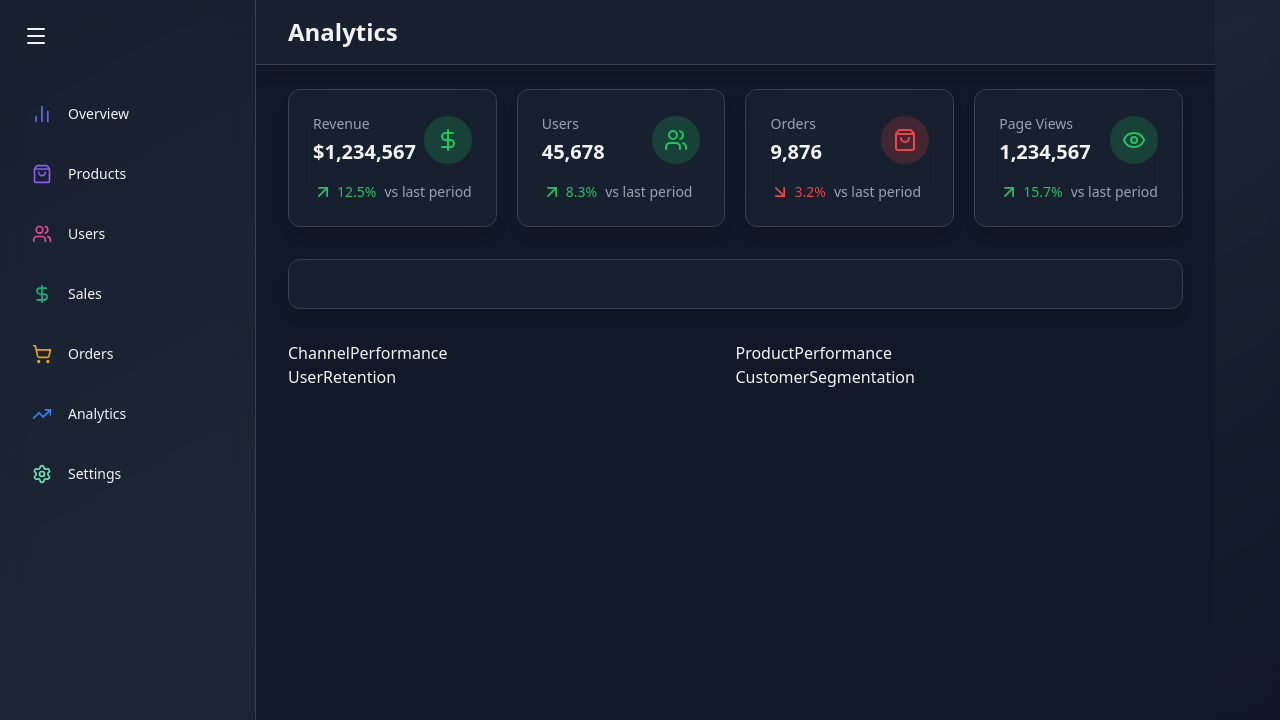
Repository: Abdirabi11/React-dashboard
Page: /analytics
An editor plug-in stored every save of this project. The page is shown before and after the next save, followed by the edit.
The browser window is 1280 px wide. The pictures show the whole page.
The project was rebuilt for these pictures with package versions that can differ from the ones it lists, and the page was loaded fresh each time. Also part of the build but not shown: vite.config.js, src/components/common/StatCard.jsx, src/components/overview/SalesOverviewChart.jsx, src/components/overview/CategoryDistributionChart.jsx, src/components/overview/SalesChannelChart.jsx, src/pages/OverviewPage.jsx, src/components/products/SalesTrendChart.jsx, src/components/products/ProductsTable.jsx and 15 more.

Above is the page before, as saved 2025-07-19 11:20:53.

### src/components/common/Sidebar.jsx
import { BarChart2, DollarSign, Menu, Settings, ShoppingBag, ShoppingCart, TrendingUp, Users } from "lucide-react";
import { useState } from "react";
import { AnimatePresence, motion } from "framer-motion";
import { Link } from "react-router-dom";

const SIDEBAR_ITEMS = [
	{
		name: "Overview",
		icon: BarChart2,
		color: "#6366f1",
		href: "/",
	},
	{ name: "Products", icon: ShoppingBag, color: "#8B5CF6", href: "/products" },
	{ name: "Users", icon: Users, color: "#EC4899", href: "/users" },
	{ name: "Sales", icon: DollarSign, color: "#10B981", href: "/sales" },
	{ name: "Orders", icon: ShoppingCart, color: "#F59E0B", href: "/orders" },
	{ name: "Analytics", icon: TrendingUp, color: "#3B82F6", href: "/analytics" },
	{ name: "Settings", icon: Settings, color: "#6EE7B7", href: "/settings" },
];

const Sidebar = () => {
	const [isSidebarOpen, setIsSidebarOpen] = useState(true);

	return (
		<motion.div
			className={`relative z-10 transition-all duration-300 ease-in-out flex-shrink-0 ${
				isSidebarOpen ? "w-64" : "w-20"
			}`}
			animate={{ width: isSidebarOpen ? 256 : 80 }}
		>
			<div className='h-full bg-gray-800 bg-opacity-50 backdrop-blur-md p-4 flex flex-col border-r border-gray-700'>
				<motion.button
					whileHover={{ scale: 1.1 }}
					whileTap={{ scale: 0.9 }}
					onClick={() => setIsSidebarOpen(!isSidebarOpen)}
					className='p-2 rounded-full hover:bg-gray-700 transition-colors max-w-fit'
				>
					<Menu size={24} />
				</motion.button>

				<nav className='mt-8 flex-grow'>
					{SIDEBAR_ITEMS.map((item) => (
						<Link key={item.href} to={item.href}>
							<motion.div className='flex items-center p-4 text-sm font-medium rounded-lg hover:bg-gray-700 transition-colors mb-2'>
								<item.icon size={20} style={{ color: item.color, minWidth: "20px" }} />
								<AnimatePresence>
									{isSidebarOpen && (
										<motion.span
											className='ml-4 whitespace-nowrap'
											initial={{ opacity: 0, width: 0 }}
											animate={{ opacity: 1, width: "auto" }}
											exit={{ opacity: 0, width: 0 }}
											transition={{ duration: 0.2, delay: 0.3 }}
										>
											{item.name}
										</motion.span>
									)}
								</AnimatePresence>
							</motion.div>
						</Link>
					))}
				</nav>
			</div>
		</motion.div>
	);
};
export default Sidebar;

### src/pages/AnalyticsPage.jsx
import { motion } from "framer-motion";
import ChannelPerformance from "../components/analytics/ChannelPerformance";
import CustomerSegmentation from "../components/analytics/CustomerSegmentation";
import OverviewCards from "../components/analytics/OverviewCards";
import ProductPerformance from "../components/analytics/ProductPerformance";
import RevenueChart from "../components/analytics/RevenueChart";
import UserRetention from "../components/analytics/UserRetention";
import Header from "../components/common/Header";


const AnalyticsPage = () => {
	return (
		<div className="flez-1 overflow-auto relative z-10 bg-gray-900">
			<Header title="Analytics" />
			<main className='max-w-7xl mx-auto py-6 px-4 lg:px-8'>
			    <OverviewCards />
				<RevenueChart />

				<div className="grid grid-cols-1 lg:grid-cols-2 gab-8 mb-8">
				    <ChannelPerformance />
					<ProductPerformance />
					<UserRetention />
					<CustomerSegmentation />
				</div>
			</main>
		</div>
	);
};
export default AnalyticsPage;

### src/components/analytics/ChannelPerformance.jsx
import React from 'react'

const ChannelPerformance = () => {
  return (
    <div>ChannelPerformance</div>
  )
}

export default ChannelPerformance

### src/components/analytics/CustomerSegmentation.jsx
import React from 'react'

const CustomerSegmentation = () => {
  return (
    <div>CustomerSegmentation</div>
  )
}

export default CustomerSegmentation

### src/components/analytics/OverviewCards.jsx
import { motion } from "framer-motion";
import { DollarSign, Users, ShoppingBag, Eye, ArrowDownRight, ArrowUpRight } from "lucide-react";

const overviewData = [
	{ name: "Revenue", value: "$1,234,567", change: 12.5, icon: DollarSign },
	{ name: "Users", value: "45,678", change: 8.3, icon: Users },
	{ name: "Orders", value: "9,876", change: -3.2, icon: ShoppingBag },
	{ name: "Page Views", value: "1,234,567", change: 15.7, icon: Eye },
];


const OverviewCards = () => {
  return (
    <div className="grid grid-cols-1 gap-5 sm:grid-cols-2 lg:grid-cols-4 mb-8">
      {overviewData.map((item, index)=> (
        <motion.div
          key={item.name}
          className='bg-gray-800 bg-opacity-50 backdrop-filter backdrop-blur-lg shadow-lg
            rounded-xl p-6 border border-gray-700
          '
          initial={{ opacity: 0, y: 20 }}
          animate={{ opacity: 1, y: 0 }}
          transition={{ delay: index * 0.1 }}
        >
          <div className='flex items-center justify-between'>
            <div>
							<h3 className='text-sm font-medium text-gray-400'>{item.name}</h3>
							<p className='mt-1 text-xl font-semibold text-gray-100'>{item.value}</p>
						</div>
            <div
							className={`
              p-3 rounded-full bg-opacity-20 ${item.change >= 0 ? "bg-green-500" : "bg-red-500"}
              `}
						>
							<item.icon className={`size-6  ${item.change >= 0 ? "text-green-500" : "text-red-500"}`} />
						</div>
          </div>
          <div
						className={`
              mt-4 flex items-center ${item.change >= 0 ? "text-green-500" : "text-red-500"}
            `}
					>
						{item.change >= 0 ? <ArrowUpRight size='20' /> : <ArrowDownRight size='20' />}
						<span className='ml-1 text-sm font-medium'>{Math.abs(item.change)}%</span>
						<span className='ml-2 text-sm text-gray-400'>vs last period</span>
					</div>
        </motion.div>
      ))}
    </div>
  )
}

export default OverviewCards

### src/components/analytics/ProductPerformance.jsx
import React from 'react'

const ProductPerformance = () => {
  return (
    <div>ProductPerformance</div>
  )
}

export default ProductPerformance

### src/components/analytics/RevenueChart.jsx
import { useState } from "react";
import { motion } from "framer-motion";
import { AreaChart, Area, XAxis, YAxis, CartesianGrid, Tooltip, Legend, ResponsiveContainer } from "recharts";

const revenueData = [
	{ month: "Jan", revenue: 4000, target: 3800 },
	{ month: "Feb", revenue: 3000, target: 3200 },
	{ month: "Mar", revenue: 5000, target: 4500 },
	{ month: "Apr", revenue: 4500, target: 4200 },
	{ month: "May", revenue: 6000, target: 5500 },
	{ month: "Jun", revenue: 5500, target: 5800 },
	{ month: "Jul", revenue: 7000, target: 6500 },
];


const RevenueChart = () => {
  const [selectedTimeRange, setSelectedTimeRange] = useState("This Month");
  return (
    <motion.div
			className='bg-gray-800 bg-opacity-50 backdrop-filter backdrop-blur-lg shadow-lg rounded-xl p-6 border border-gray-700 mb-8'
			initial={{ opacity: 0, y: 20 }}
			animate={{ opacity: 1, y: 0 }}
			transition={{ delay: 0.2 }}
		>

    </motion.div>
  )
}

export default RevenueChart

### src/components/analytics/UserRetention.jsx
import React from 'react'

const UserRetention = () => {
  return (
    <div>UserRetention</div>
  )
}

export default UserRetention

Loaded but not shown: index.html (common file); src/main.jsx (common file); src/App.jsx (common file); src/index.css (common file); src/components/common/Header.jsx (common file); tailwind.config.js (common file)

After the next save:
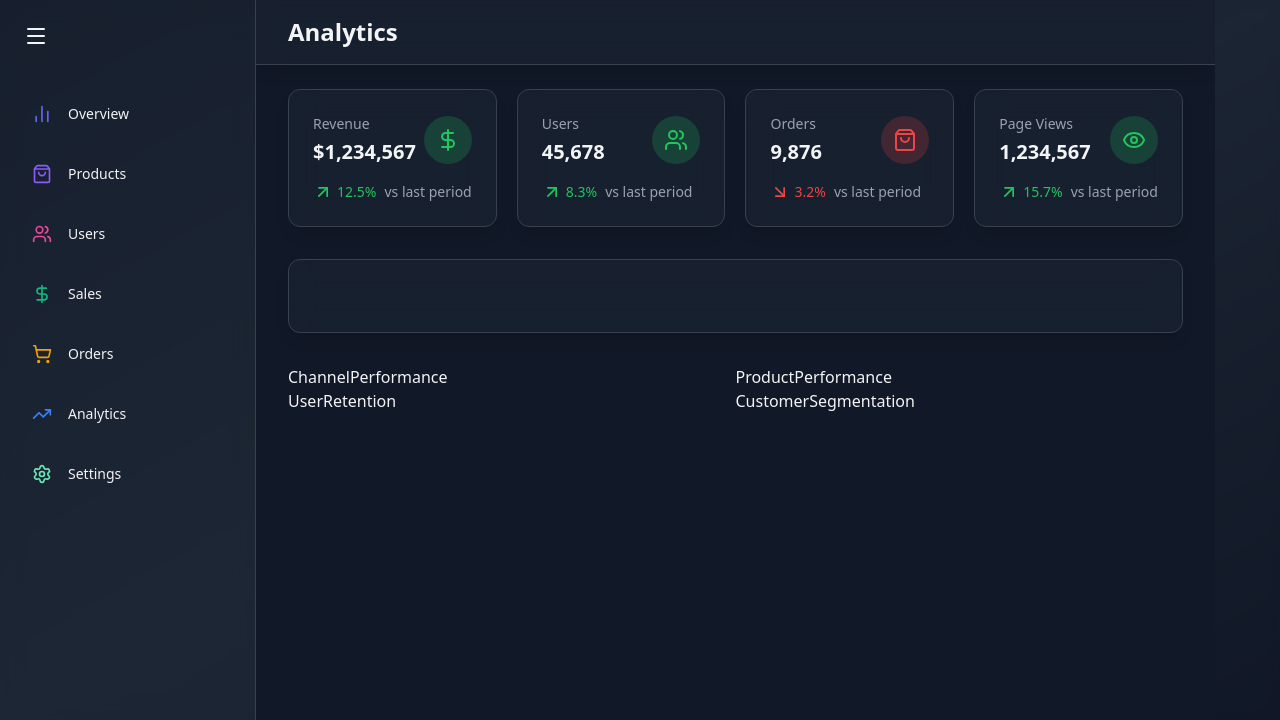
Saved 50 s later.
--- a/src/components/analytics/RevenueChart.jsx
+++ b/src/components/analytics/RevenueChart.jsx
@@ -22,7 +22,9 @@ const RevenueChart = () => {
 			animate={{ opacity: 1, y: 0 }}
 			transition={{ delay: 0.2 }}
 		>
+      <div className="flex justify-between items-center mb-6">
 
+      </div>
     </motion.div>
   )
 }
